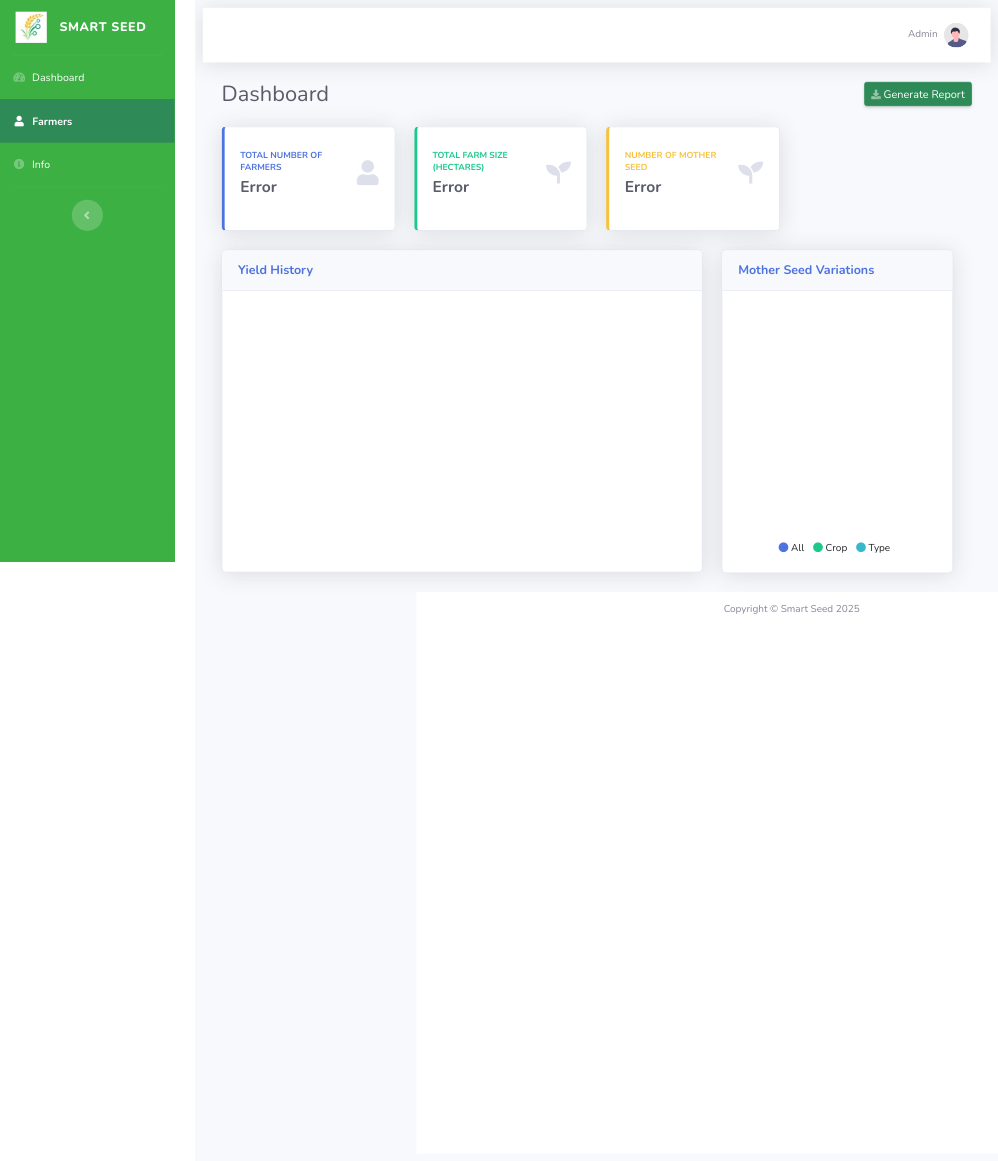
Repository: IFoundGeorge/Smart-Seed-v8-master
Page: src/index.html
These files come from the project's save history. The page is drawn as it stood at one moment and after the next save; the edit follows.
The browser window is 1280 px wide. The pictures show the whole page, at 78% of full size.
The page's requests for data from a server got no answer. Some web libraries are served in a nearby version.

Above is the page before, as saved 2025-03-26 02:26:41.

After the next save:
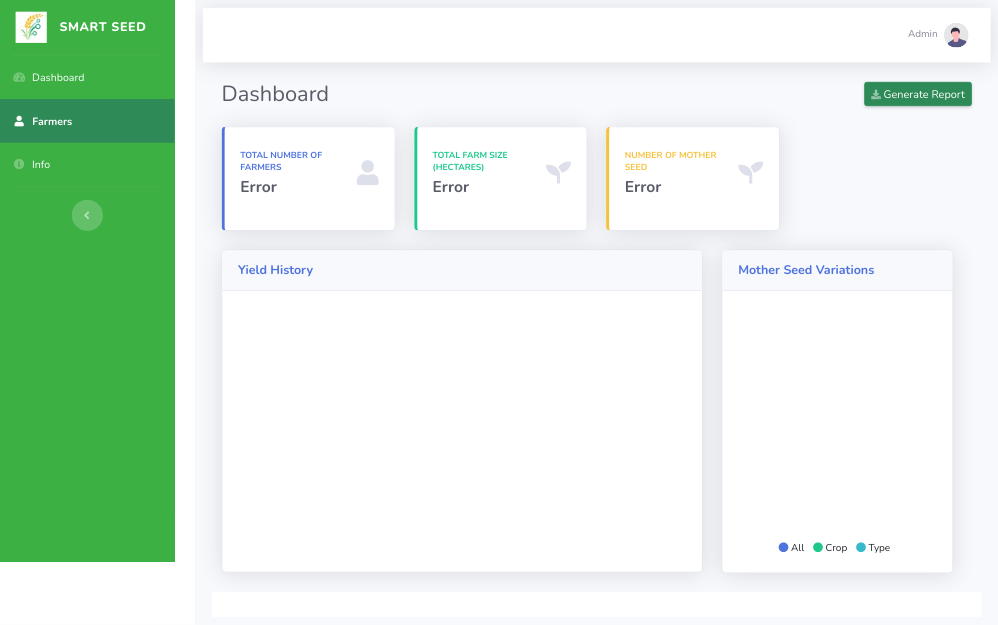
Saved 9 s later.
--- a/src/index.html
+++ b/src/index.html
@@ -518,26 +518,8 @@
             <!-- End of Main Content -->
 
             <!-- Footer -->
-            <div id="wrapper">
-                <div id="content-wrapper" class="d-flex flex-column">
-
-                        <!-- Page content goes here -->
-                    </div>
-                    <footer class="sticky-footer bg-white">
-                        <div class="container my-auto">
-                            <div class="copyright text-center my-auto">
-                                <span>Copyright &copy; Smart Seed 2025</span>
-                            </div>
-                        </div>
-                    </footer>
-                </div>
-            </div>
-            <!-- End of Footer -->
-
-        </div>
-    </div>
-    <!-- End of Page Wrapper -->
-
+            <footer class="sticky-footer bg-white">
+                <div class="container my-auto">
     <!-- Scroll to Top Button-->
     <a class="scroll-to-top rounded" href="#page-top">
         <i class="fas fa-angle-up"></i>
